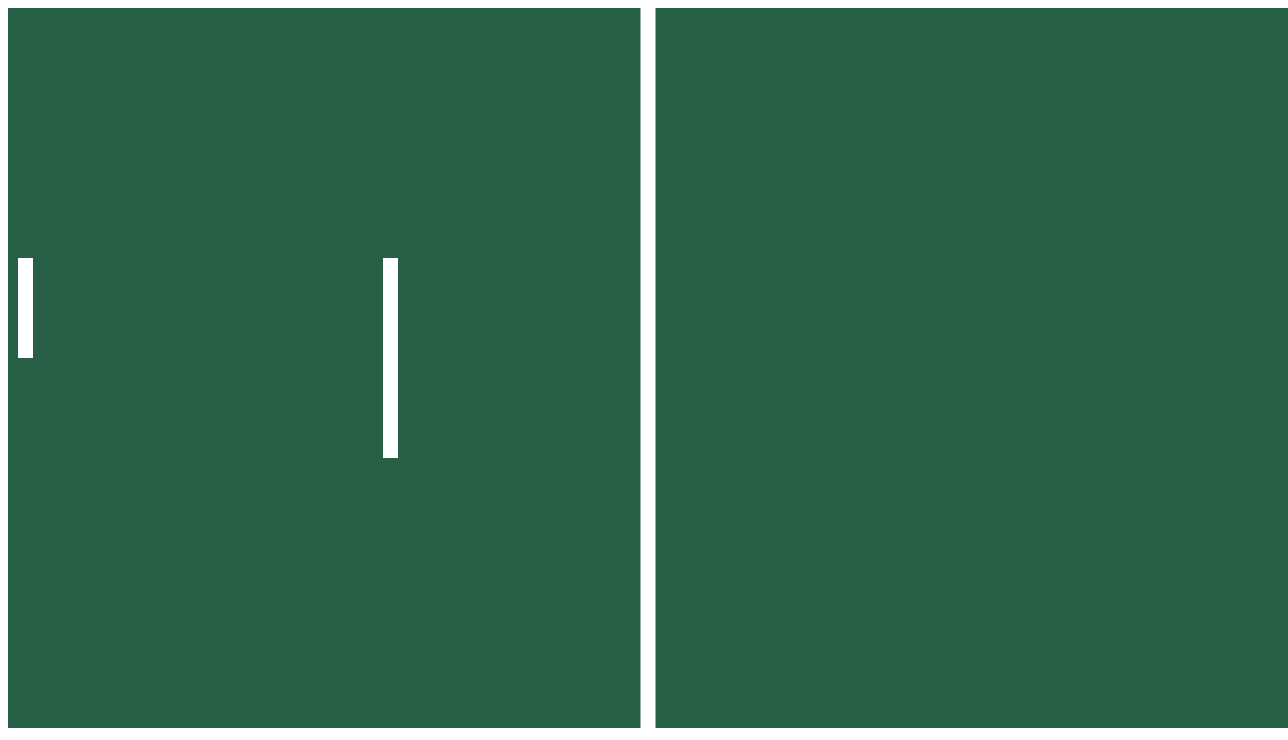
Repository: luizgaivaa/Game
Page: index.html
An editor plug-in stored every save of this project. The page is shown before and after the next save, followed by the edit.
The browser window is 1280 px wide. The page is 1288 px wide, so the pictures cover 1288 px, including what lies to the right of the window. The pictures show the whole page.

Above is the page before, as saved 2024-03-26 16:05:14.

### index.html
<!DOCTYPE html>
<html lang="en">
<head>
    <meta charset="UTF-8">
    <meta name="viewport" content="width=device-width, initial-scale=1.0">
    <title>Ping_pong</title>
</head>
<body>
    <canvas></canvas>
        <script>
               const canvasEl = document.querySelector("canvas")
        const canvasCtx = canvasEl.getContext("2d")

        const lineWidth = 15
        function setup(){
            canvasEl.width = canvasCtx.width = window.innerWidth
            canvasEl.height = canvasCtx.height = window.innerHeight
        }

        function draw (){
            canvasCtx.fillStyle = "#286047"
            canvasCtx.fillRect(0,0, window.innerWidth, window.innerHeight)

            canvasCtx.fillStyle = "#ffffff"
            const x= window.innerWidth /2 - lineWidth /2
            const y = 0
            const w = lineWidth
            const h = window.innerHeight

            canvasCtx.fillRect(x,y,w,h)
            //raquete esquerda
            canvasCtx.fillRect(10,250,lineWidth,100)

            //raquete direita
            canvasCtx.fillRect(window.innerHeight - lineWidth - 330, 250, lineWidth, 200)

        }
        setup()
        draw()
        </script>


</body>
</html>

After the next save:
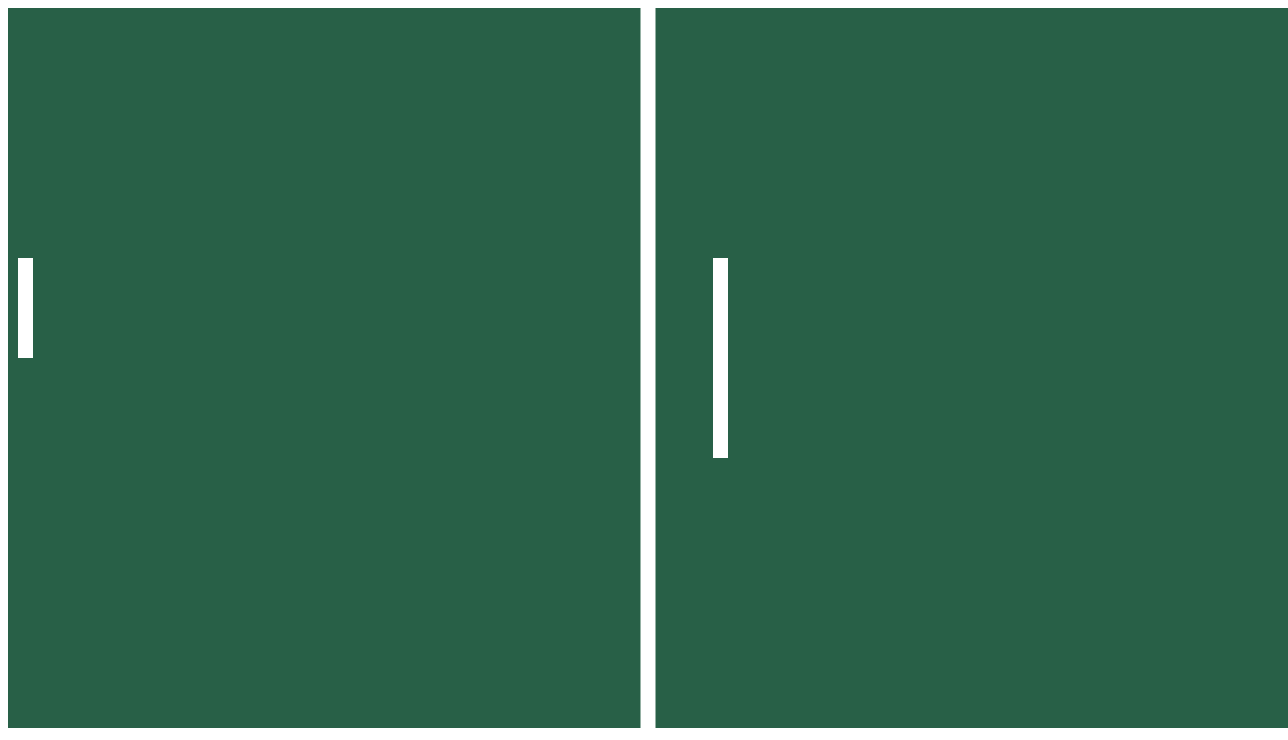
Saved 4 s later.
--- a/index.html
+++ b/index.html
@@ -32,7 +32,7 @@
             canvasCtx.fillRect(10,250,lineWidth,100)
 
             //raquete direita
-            canvasCtx.fillRect(window.innerHeight - lineWidth - 330, 250, lineWidth, 200)
+            canvasCtx.fillRect(window.innerHeight - lineWidth - 0, 250, lineWidth, 200)
 
         }
         setup()
